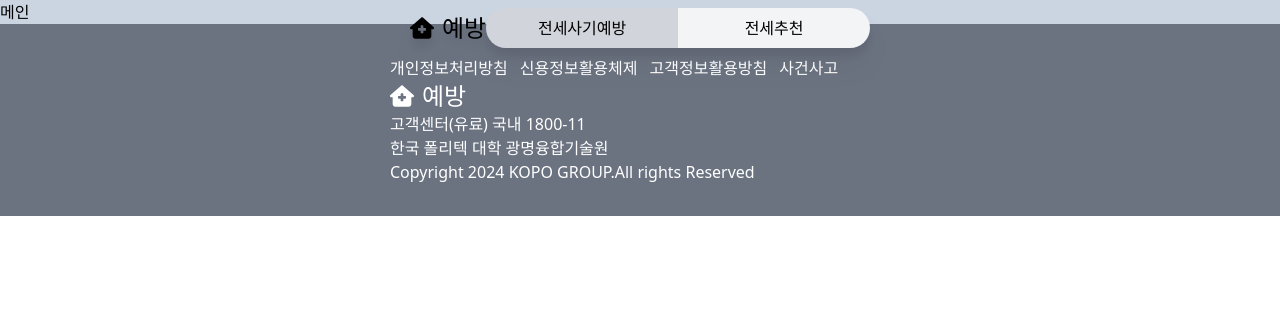
Repository: hanaTI-team-1/frontend
Page: /
An editor plug-in stored every save of this project. The page is shown before and after the next save, followed by the edit.
The browser window is 1280 px wide. The pictures show the whole page.
The project was rebuilt for these pictures with package versions that can differ from the ones it lists, and the page was loaded fresh each time. Also part of the build but not shown: vite.config.js, src/App.css, src/components/Recommend.jsx, src/components/Protect.jsx.

Above is the page before, as saved 2024-07-11 21:05:17.

### src/App.jsx
import { Route, Routes } from "react-router-dom";
import "./App.css";
import Main from "./components/Main";
import Recommend from "./components/Recommend";
import Protect from "./components/Protect";

function App() {
  return (
    <>
      <Routes>
        <Route path="/" element={<Main />} />
        <Route path="/protect" element={<Protect />} />
        <Route path="/recommend" element={<Recommend />} />
      </Routes>
    </>
  );
}

export default App;

### src/components/Main.jsx
import { Footer } from './Footer';
import { Header } from './Header';

export default function Main() {
  return (
    <>
      <div className="bg-slate-300">메인</div>
      <Footer />
      <Header />
    </>
  );
}

### src/components/Footer.jsx
import { Logo } from './Logo'

export const Footer = () => {
  return <footer className='h-48 flex items-center justify-center bg-gray-500 text-white'>
    <div className='min-w-[500px]'>
      <nav>
        <ul className='flex gap-3'>
          <li className='cursor-pointer'>개인정보처리방침</li>
          <li className='cursor-pointer'>신용정보활용체제</li>
          <li className='cursor-pointer'>고객정보활용방침</li>
          <li className='cursor-pointer'>사건사고</li>
        </ul>
      </nav>
      <div><Logo /></div>
      <div>고객센터(유료) 국내 1800-11</div>
      <div>한국 폴리텍 대학 광명융합기술원</div>
      <div>Copyright 2024 KOPO GROUP.All rights Reserved</div>
    </div>
  </footer>
}

### src/components/Header.jsx
import { Logo } from './Logo'
import { Link } from 'react-router-dom'

export const Header = () => {
  return <header className='fixed top-0 xl:px-40 flex w-full h-14 items-center justify-center drop-shadow-xl'>
    <Logo />
    <nav className='flex'>
      {/* 클릭하면 /proctect로 이동 */}
      <Link to={"/protect"}
        className='h-10 duration-150 rounded-l-full leading-10 bg-gray-300 text-center w-48 cursor-pointer hover:bg-gray-500 hover:rounded-r-full'
      >
        전세사기예방
      </Link>
      {/* 클릭하면 /로 이동 */}
      <Link to={"/recommend"}
        className='h-10 duration-150 rounded-r-full leading-10 bg-gray-100 text-center w-48 cursor-pointer hover:bg-gray-200 hover:rounded-l-full'
      >
        전세추천
      </Link>
    </nav>
    <div />
  </header>

}

### src/components/Logo.jsx
import { FaHouseMedical } from 'react-icons/fa6'
import { Link } from 'react-router-dom'

export const Logo = () => {
  return <Link to={"/"} className='flex items-center gap-2 cursor-pointer'>
    <FaHouseMedical size={24} />
    <span className='text-2xl'>예방</span>
  </Link>
}

Loaded but not shown: index.html (common file); src/main.jsx (common file); src/index.css (common file); tailwind.config.js (common file)

After the next save:
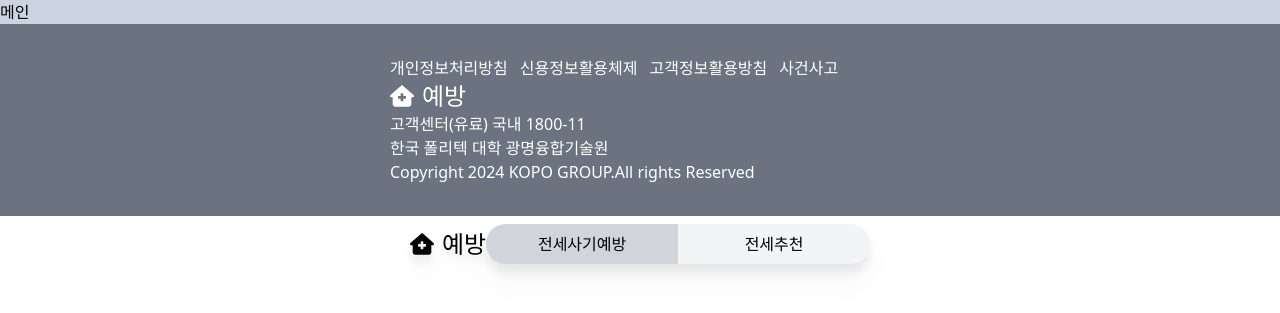
Saved 27 s later.
--- a/src/components/Header.jsx
+++ b/src/components/Header.jsx
@@ -2,7 +2,7 @@ import { Logo } from './Logo'
 import { Link } from 'react-router-dom'
 
 export const Header = () => {
-  return <header className='fixed top-0 xl:px-40 flex w-full h-14 items-center justify-center drop-shadow-xl'>
+  return <header className='fixed xl:px-40 flex w-full h-14 items-center justify-center drop-shadow-xl'>
     <Logo />
     <nav className='flex'>
       {/* 클릭하면 /proctect로 이동 */}
